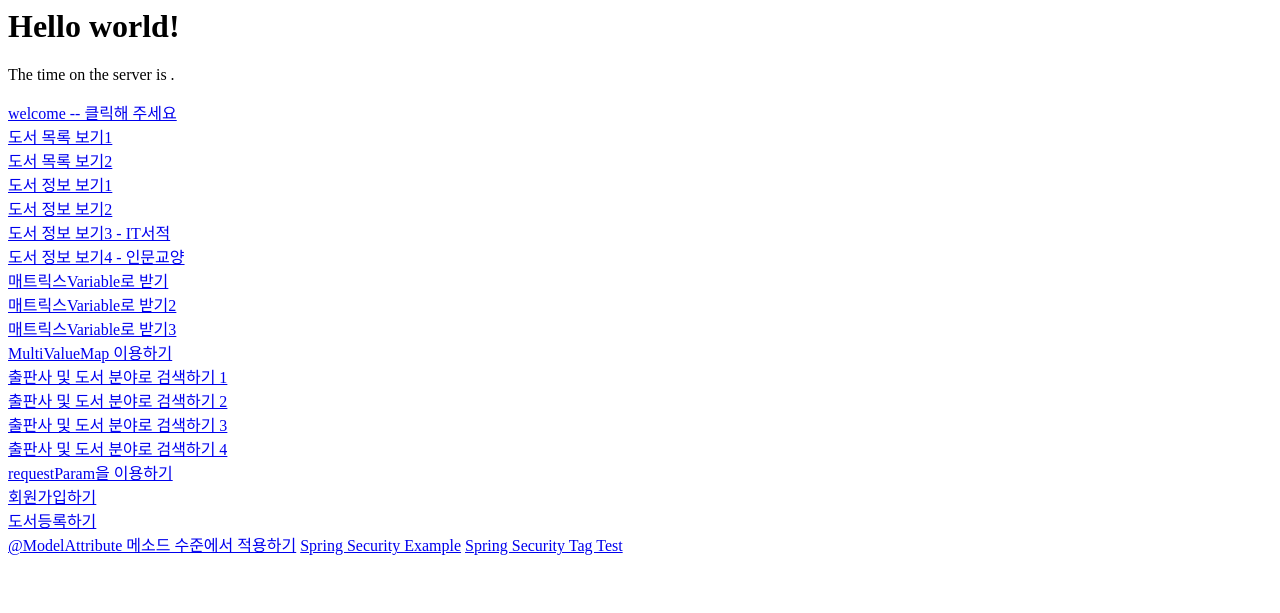
Repository: heojun0827/SpringLegacy
Page: http://localhost/book/WEB-INF/views/home.jsp
The author's editor kept a copy of each file at every save. The page is drawn from the files as they stood at one save, then again after the next save.
The browser window is 1280 px wide. The pictures show the whole page.
The page is served by Tomcat 9. Nobody is signed in. The template is opened directly, without the code that normally fills it, so the values that code supplies are empty.

Above is the page before, as saved 2023-07-12 07:24:24.

After the next save:
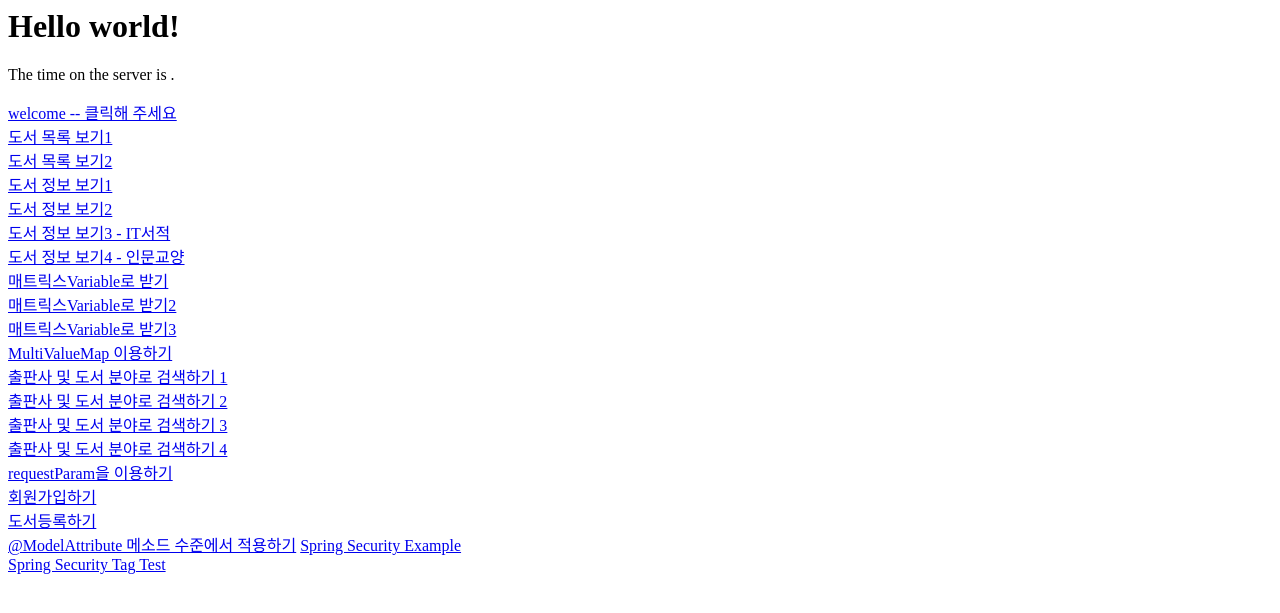
Saved 9 s later.
--- a/book/src/main/webapp/WEB-INF/views/home.jsp
+++ b/book/src/main/webapp/WEB-INF/views/home.jsp
@@ -35,7 +35,7 @@
 
 	<a href="/test/t9">@ModelAttribute 메소드 수준에서 적용하기</a>
 
-	<a href="/test1">Spring Security Example</a>
+	<a href="/test1">Spring Security Example</a><br>
 
 	<a href="/test/st2">Spring Security Tag Test</a><br>
 </body>
